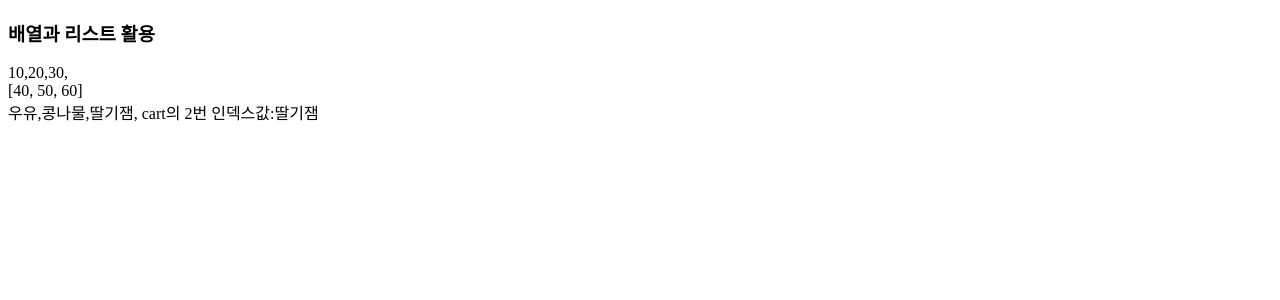
Repository: kukulza1/jspworks
Page: http://localhost/jwbook/ch01/scriptlet2.jsp
The author's editor kept a copy of each file at every save. The page is drawn from the files as they stood at one save, then again after the next save.
The browser window is 1280 px wide. The pictures show the whole page.
The page is served by Tomcat 9. Other server files are loaded and not shown.

Above is the page before, as saved 2023-11-20 02:48:11.

### jwbook/src/main/webapp/ch01/scriptlet2.jsp
<%@page import="java.util.ArrayList"%>
<%@page import="java.util.Arrays"%>
<%@ page language="java" contentType="text/html; charset=UTF-8"
    pageEncoding="UTF-8"%>
<!DOCTYPE html>
<html>
<head>
<meta charset="UTF-8">
<title>배열과리스트 활용</title>
</head>
<body>
   <h3>배열과 리스트 활용</h3>
   <%
    //배열
    int[] arr = new int[]{10,20,30};
    for(int i=0; i<arr.length;i++){
    	out.print(arr[i]+",");
    }
    out.print("<br>");
    //arrays 클래스
    int arr2[] = new int[]{40,50,60};
    out.print(Arrays.toString(arr2));
    out.print("<br>");
    //어레이리스트클래스
    ArrayList<String> cart = new ArrayList<>();
    cart.add("우유");
    cart.add("콩나물");
    cart.add("딸기잼");

    for(String a: cart){
    	out.print(a+",");
    }
    //2번인덱스출력

   %>
   cart의 2번 인덱스값:<%= cart.get(2)  %>
</body>
</html>

After the next save:
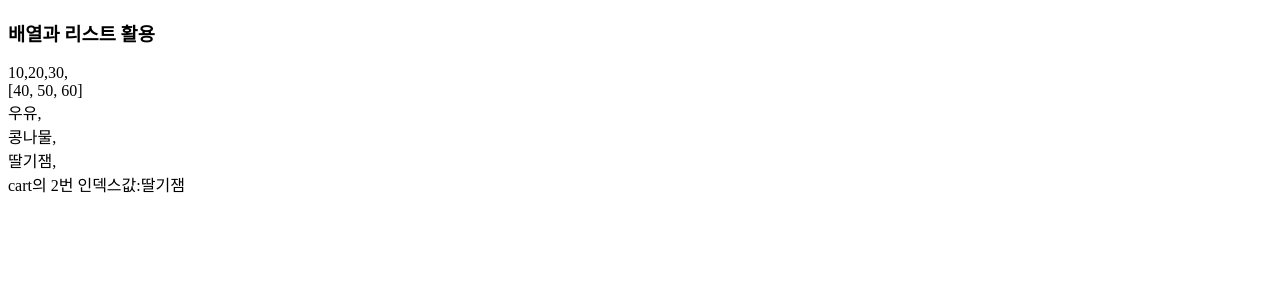
Saved 17 s later.
--- a/jwbook/src/main/webapp/ch01/scriptlet2.jsp
+++ b/jwbook/src/main/webapp/ch01/scriptlet2.jsp
@@ -28,7 +28,7 @@
     cart.add("딸기잼");
 
     for(String a: cart){
-    	out.print(a+",");
+    	out.print(a+",<br>");
     }
     //2번인덱스출력
 
